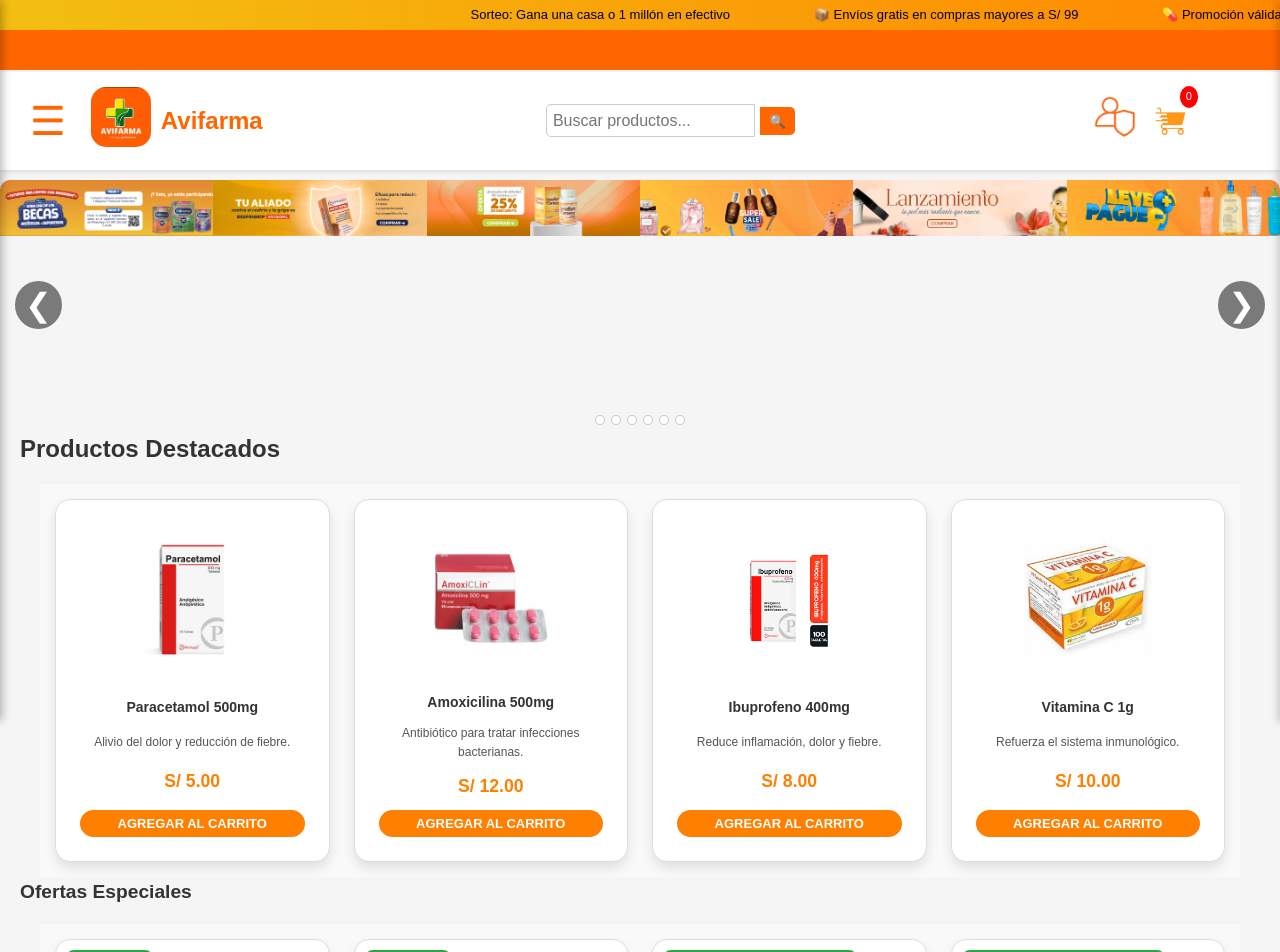
Repository: AVH75/avifarma-tienda
Page: index.html
An editor plug-in stored every save of this project. The page is shown before and after the next save, followed by the edit.
The browser window is 1280 px wide. The pictures show the part of the page from y = 0 to 952 px (the page is 2764 px tall before and 2790 px after).
A picture or video elsewhere on the page could not be fetched, so the positions and the page height are approximate.

Above is the page before, as saved 2025-09-22 06:13:08.

After the next save:
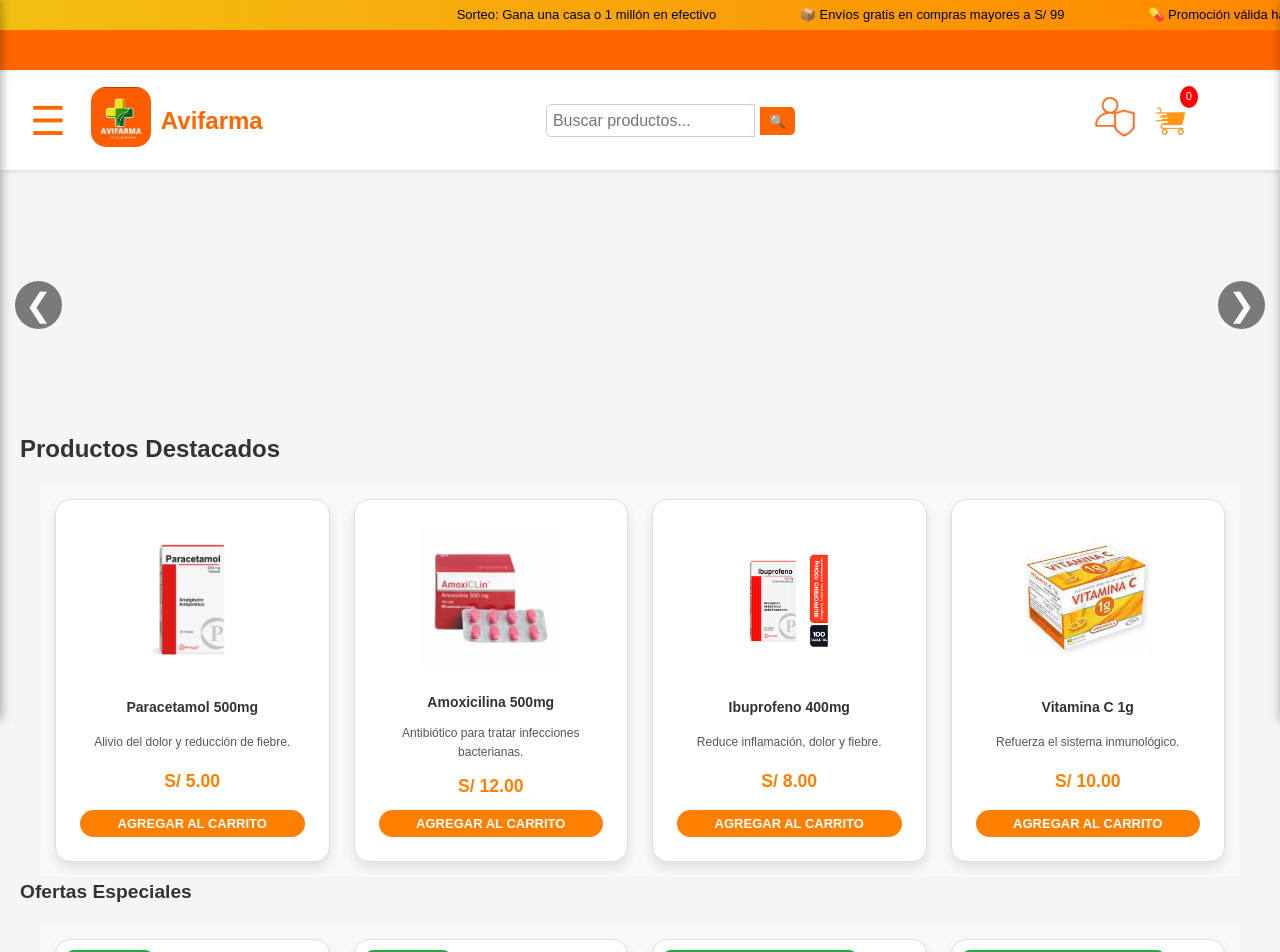
Saved 46 min 43 s later.
--- a/js/render-catalogo.js
+++ b/js/render-catalogo.js
@@ -136,10 +136,10 @@
     });
 }
 
-// =========================
+// ===================================================
 // CARRUSEL DE LOS BANNERS
-// =========================
-function mostrarCarruselBanners(banners) {
+// ===================================================
+function mostrarCarrusel(banners) {
     const contenedor = document.getElementById("slider-banner");
     if (!contenedor) {
         console.error("⚠️ El contenedor con id 'slider-banner' no existe en el DOM");
@@ -148,6 +148,7 @@
 
     contenedor.innerHTML = ""; // Limpiar el contenedor
 
+    // Crear las tarjetas de banner para el carrusel
     banners.forEach(banner => {
         const card = document.createElement("div");
         card.classList.add("banner-card");
@@ -155,59 +156,45 @@
         const img = document.createElement("img");
         img.src = banner.src;
         img.alt = banner.alt ?? "Imagen de banner";
-        img.style.width = "100%"; // Asegurar que las imágenes llenen el ancho del contenedor
-        img.style.height = "auto"; // Mantener la proporción de la imagen
 
         card.appendChild(img);
         contenedor.appendChild(card);
     });
 
+    // Lógica del carrusel (mover a la siguiente tarjeta)
     let currentIndex = 0;
     const cards = document.querySelectorAll('.banner-card');
     const totalCards = cards.length;
 
-    contenedor.style.display = "flex";
-    contenedor.style.overflow = "hidden";
-    contenedor.style.transition = "transform 0.5s ease-in-out";
-
     // Función para actualizar la posición del carrusel
     function updateCarousel() {
-        const offset = -currentIndex * (cards[0].offsetWidth + 20);
+        const offset = -currentIndex * (cards[0].offsetWidth + 20);  // Ajuste el espacio entre tarjetas
         contenedor.style.transform = `translateX(${offset}px)`;
     }
 
-    const nextButton = document.querySelector('.next');
-    const prevButton = document.querySelector('.prev');
-
-    if (nextButton && prevButton) {
-        nextButton.addEventListener('click', () => {
-            currentIndex = (currentIndex + 1) % totalCards;
+    // Funciones para mover el carrusel
+    document.querySelector('.next').addEventListener('click', () => {
+        currentIndex = (currentIndex + 1) % totalCards;  // Deslizar a la siguiente tarjeta
+        updateCarousel();
+    });
+
+    document.querySelector('.prev').addEventListener('click', () => {
+        currentIndex = (currentIndex - 1 + totalCards) % totalCards;  // Deslizar hacia atrás
+        updateCarousel();
+    });
+
+    // Opcional: Agregar puntos de navegación (si los necesitas)
+    const dotsContainer = document.getElementById("dots");
+    banners.forEach((_, index) => {
+        const dot = document.createElement("span");
+        dot.classList.add("dot");
+        dot.addEventListener("click", () => {
+            currentIndex = index;
             updateCarousel();
         });
-
-        prevButton.addEventListener('click', () => {
-            currentIndex = (currentIndex - 1 + totalCards) % totalCards;
-            updateCarousel();
-        });
-    }
-
-    const dotsContainer = document.getElementById("dots");
-    if (dotsContainer) {
-        dotsContainer.innerHTML = "";
-        banners.forEach((_, index) => {
-            const dot = document.createElement("span");
-            dot.classList.add("dot");
-            dot.addEventListener("click", () => {
-                currentIndex = index;
-                updateCarousel();
-            });
-            dotsContainer.appendChild(dot);
-        });
-    }
-
-    updateCarousel();
+        dotsContainer.appendChild(dot);
+    });
 }
-
 // =========================
 // CARRUSEL DE LOS SERVICIOS
 // =========================
